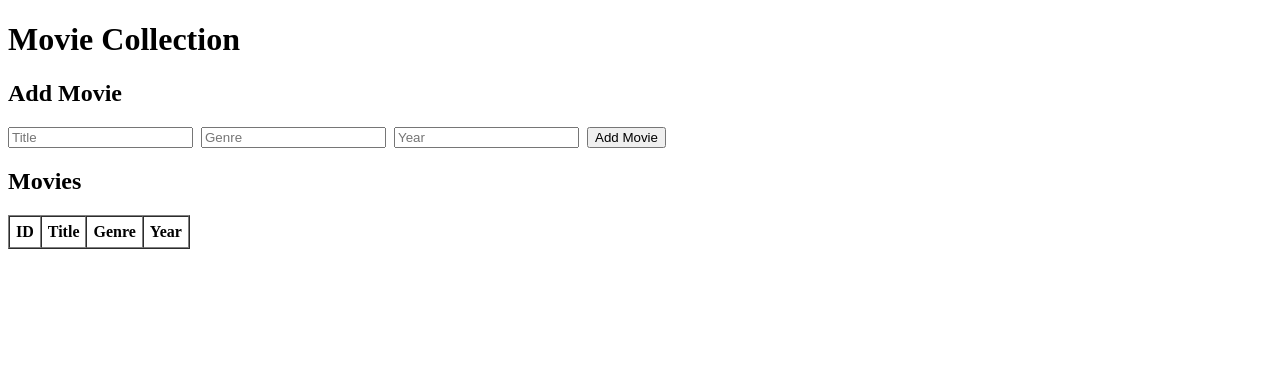
Repository: sodiumbicarbonate-29/manondo-dinneshnicole-movie-api
Page: index.html
An editor plug-in stored every save of this project. The page is shown before and after the next save, followed by the edit.
The browser window is 1280 px wide. The pictures show the whole page.
The page's requests for data from a server got no answer.

Above is the page before, as saved 2026-09-17 18:33:03.

### index.html
<!DOCTYPE html>
<html lang="en">
<head>
    <meta charset="UTF-8">
    <meta name="viewport" content="width=device-width, initial-scale=1.0">
    <title>Movie Collection</title>
    <style>
        .form-row { display: flex; gap: 8px; }
    </style>
</head>
<body>
    <h1>Movie Collection</h1>
    <h2>Add Movie</h2>
    <div class="form-row">
        <input type="text" id="title" placeholder="Title" />
        <input type="text" id="genre" placeholder="Genre" />
        <input type="number" id="year" placeholder="Year" />
        <button onclick="addMovie()">Add Movie</button>
    </div>
    <p id="message"></p>
    <h2>Movies</h2>

    <table id="movies-table" border="1" cellpadding="6" cellspacing="0">
        <thead>
            <tr>
                <th>ID</th>
                <th>Title</th>
                <th>Genre</th>
                <th>Year</th>
            </tr>
        </thead>
        <tbody id="movies-body"></tbody>
    </table>


    <script>
        async function loadMovies() {
            const res = await fetch('/api/movies')
            const movies = await res.json()
            const tbody = document.getElementById('movies-body')
            tbody.innerHTML = movies.map(m =>
                `<tr><td>${m.id}</td><td>${m.title}</td><td>${m.genre}</td><td>${m.year}</td></tr>`
            ).join('')
        }

        async function addMovie() {
            const title = document.getElementById('title').value
            const genre = document.getElementById('genre').value
            const year = Number(document.getElementById('year').value)

            const res = await fetch('/api/movies', {
                method: 'POST',
                headers: { 'Content-Type': 'application/json' },
                body: JSON.stringify({ title, genre, year })
            })

            const data = await res.json()
            document.getElementById('message').textContent = data.message
            loadMovies()
        }

        loadMovies()
    </script>
</body>
</html>

After the next save:
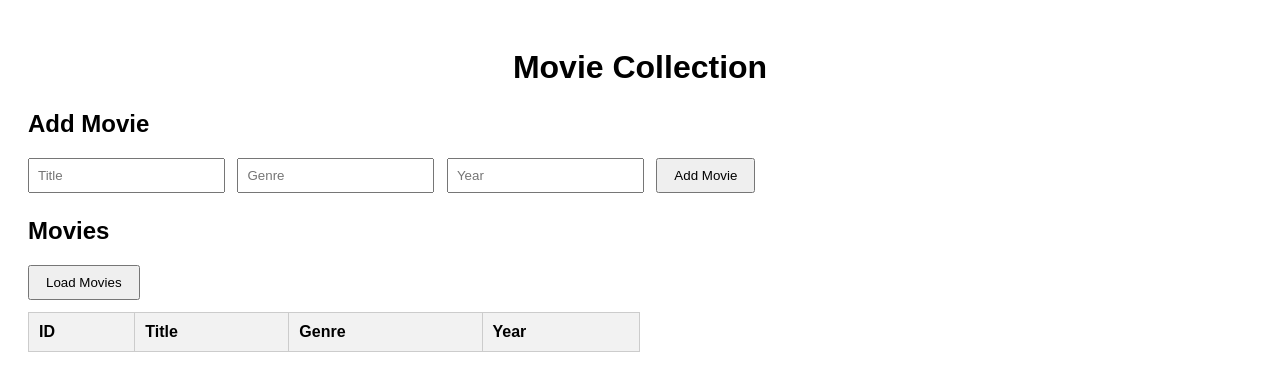
Saved 112 s later.
--- a/index.html
+++ b/index.html
@@ -5,7 +5,44 @@
     <meta name="viewport" content="width=device-width, initial-scale=1.0">
     <title>Movie Collection</title>
     <style>
-        .form-row { display: flex; gap: 8px; }
+        body {
+            font-family: Arial;
+            padding: 20px;
+        }
+        table {
+            border-collapse: collapse;
+            width: 50%;
+            margin-top: 12px;
+        }
+        th, td {
+            border: 1px solid #ccc;
+            padding: 10px;
+            text-align: left;
+        }
+        th {
+            background-color: #f2f2f2;
+        }
+        input {
+            padding: 8px;
+            margin-right: 8px;
+        }
+        button {
+            padding: 8px 16px;
+            cursor: pointer;
+        }
+        input[type=number]::-webkit-inner-spin-button,
+        input[type=number]::-webkit-outer-spin-button {
+            -webkit-appearance: none;
+            margin: 0; }
+        input[type=number] {
+            -moz-appearance: textfield;
+        }
+        h1 {
+            text-align: center;
+        }
+        h2 {
+            margin-top: 24px;
+        }
     </style>
 </head>
 <body>
@@ -19,8 +56,9 @@
     </div>
     <p id="message"></p>
     <h2>Movies</h2>
+    <button onclick="loadMovies()">Load Movies</button>
 
-    <table id="movies-table" border="1" cellpadding="6" cellspacing="0">
+    <table id="movies-table">
         <thead>
             <tr>
                 <th>ID</th>
